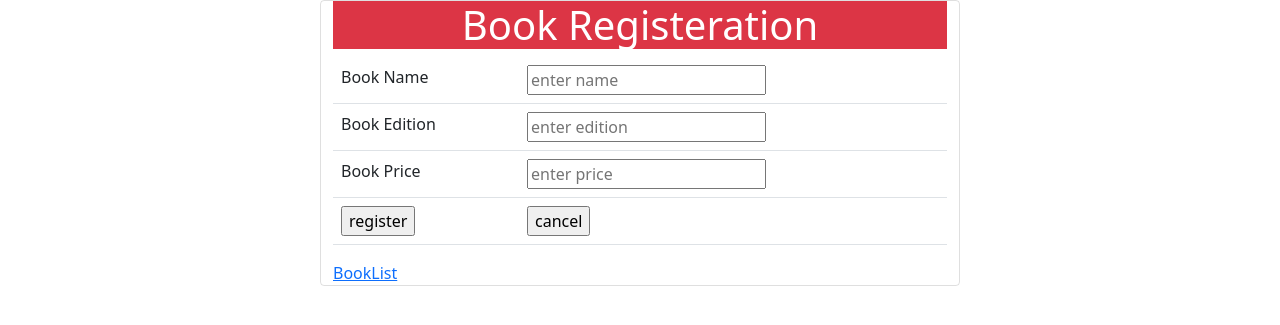
Repository: Altafalinadaf/BookWebApplication
Page: bookWebApp/src/main/webapp/home.html
The author's editor kept a copy of each file at every save. The page is drawn from the files as they stood at one save, then again after the next save.
The browser window is 1280 px wide. The pictures show the whole page.

Above is the page before, as saved 2023-11-07 14:54:56.

### bookWebApp/src/main/webapp/home.html
<!DOCTYPE html>
<html>

<head>
	<link rel="stylesheet" href="css/bootstrap.css">
	<meta charset="ISO-8859-1">
	<title>Insert title here</title>
</head>

<body class="container-fluid card" style="width: 40rem;">

	<h1 class="bg-danger text-center text-white"> Book Registeration </h1>


	<form action="register" post="post">
		<table class="table table-hover">
			<tr>
				<td>Book Name </td>
				<td> <input type="text" name="bname" placeholder="enter name" required/></td>
			</tr>
			<tr>
				<td>Book Edition </td>
				<td> <input type="text" name="bedit" placeholder="enter edition" required/></td>
			</tr>
			<tr>
				<td>Book Price </td>
				<td> <input type="text" name="bprice" placeholder="enter price" required/></td>
			</tr>
			<tr>

				<td> <input type="submit" value="register" /></td>

				<td> <input type="reset" value="cancel"></td>
			</tr>
		</table>
	</form>
	<a href="list">BookList</a>

</body>

</html>

Loaded but not shown: bookWebApp/src/main/webapp/css/bootstrap.css (library)

After the next save:
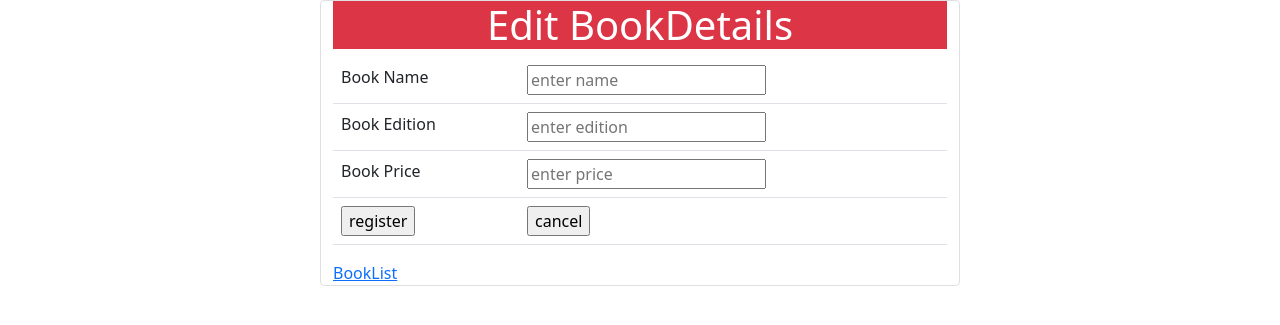
Saved 35 s later.
--- a/bookWebApp/src/main/webapp/home.html
+++ b/bookWebApp/src/main/webapp/home.html
@@ -9,7 +9,7 @@
 
 <body class="container-fluid card" style="width: 40rem;">
 
-	<h1 class="bg-danger text-center text-white"> Book Registeration </h1>
+	<h1 class="bg-danger text-center text-white"> Edit BookDetails </h1>
 
 
 	<form action="register" post="post">
